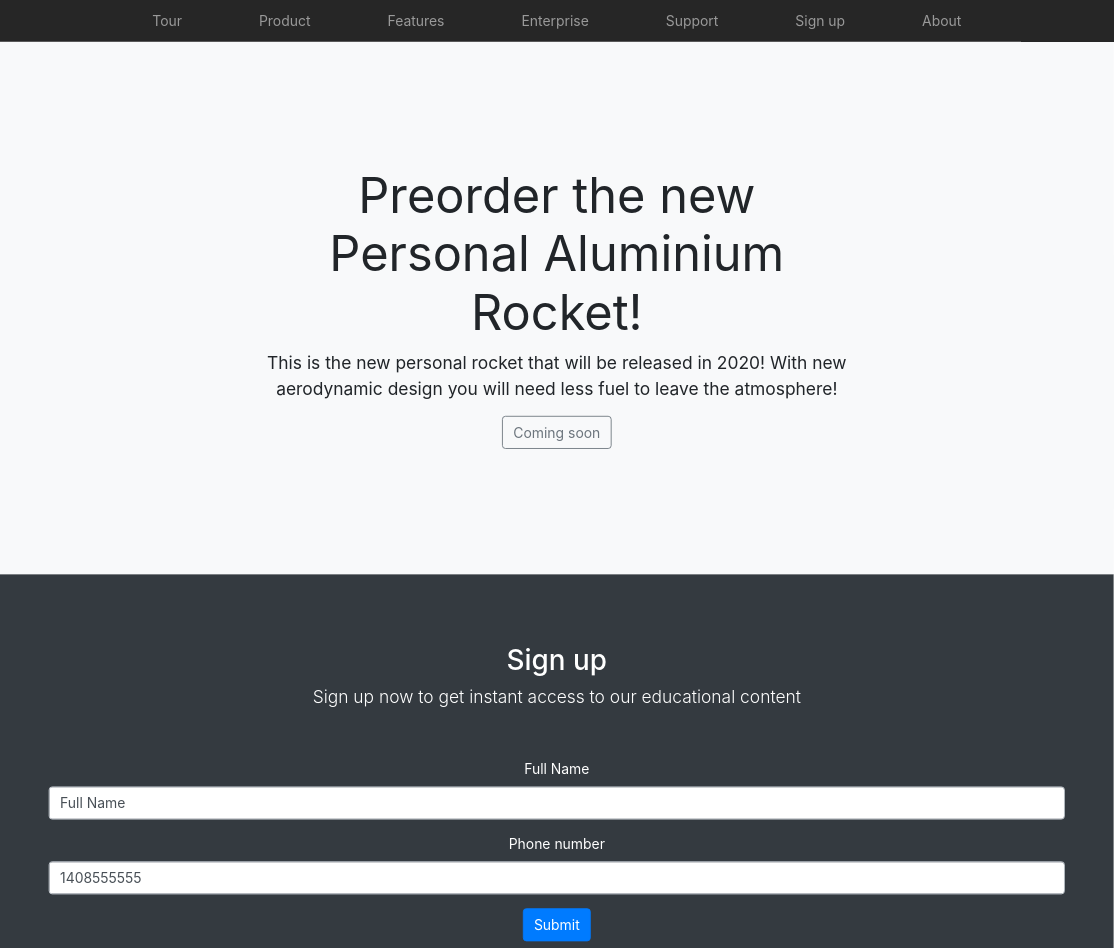
Repository: eashc001/EvanAshcraft-Resume
Page: LearnCS8-Twilio/index.html
The author's editor kept a record of every edit. The page is drawn from the files as they stood at one moment, then again after the next edit.
The browser window is 1280 px wide. The pictures show the whole page, at 87% of full size.

Above is the page before.

### LearnCS8-Twilio/index.html
<!doctype html>
<html lang="en">
  <head>
  <!-- Required meta tags -->
  <meta charset="utf-8">
  <meta name="viewport" content="width=device-width, initial-scale=1, shrink-to-fit=no">
  <meta name="description" content="Aluminium personal rocketship for intergalactic travel">
  <meta name="author" content="862021451">

  <!-- Bootstrap CSS -->
  <link rel="stylesheet" href="https://stackpath.bootstrapcdn.com/bootstrap/4.5.2/css/bootstrap.min.css" integrity="sha384-JcKb8q3iqJ61gNV9KGb8thSsNjpSL0n8PARn9HuZOnIxN0hoP+VmmDGMN5t9UJ0Z" crossorigin="anonymous">

  <!-- Title of your Website -->
  <title>Personal Rocket</title>
  <link href="product.css" rel="stylesheet">
  </head>
  <body>
    <nav class="site-header sticky-top py-1">
    <!-- Top Menu Bar -->
    <div class="container d-flex flex-column flex-md-row justify-content-between">
        <a class="py-2 d-none d-md-inline-block" id="menu-item-1" href="https://www.target.com/">Tour</a>
        <a class="py-2 d-none d-md-inline-block" id="menu-item-2" href="https://www.walmart.com/">Product</a>
        <a class="py-2 d-none d-md-inline-block" id="menu-item-3" href="https://google.com">Features</a>
        <a class="py-2 d-none d-md-inline-block" id="menu-item-4" href="https://www.youtube.com/watch?v=4fgrbWfUrO4&list=RD4fgrbWfUrO4&start_radio=1">Enterprise</a>
        <a class="py-2 d-none d-md-inline-block" id="menu-item-5" href="https://www.amazon.com/">Support</a>
        <a class="py-2 d-none d-md-inline-block" id="menu-item-6" href="https://www.etsy.com/">Sign up</a>
        <a class="py-2 d-none d-md-inline-block" id="menu-item-7" href="https://www.hellofresh.com/">About</a>
    </div>
</nav>
<!-- Main Header Section h1-->
  <div class="position-relative overflow-hidden p-3 p-md-5 m-md-0 text-center bg-light">
    <div class="col-md-8 p-lg-5 mx-auto my-5">
        <h1 class="display-4 font-weight-normal">Preorder the new Personal Aluminium Rocket!</h1>
        <p class="lead font-weight-normal">This is the new personal rocket that will be released in 2020! With new aerodynamic design you will need less fuel to leave the atmosphere!</p>
        <a class="btn btn-outline-secondary" href="https://www.rocketloans.com/">Coming soon</a>
    </div>
  </div>
  <!-- Left Tile -->
<div class="d-md-flex flex-md-equal w-100">
    <div class="bg-dark pt-3 px-3 pt-md-5 px-md-5 text-center text-white overflow-hidden">
        <div class="my-3 py-3">
            <h2 class="display-5">Sign up</h2>
            <p class="lead">Sign up now to get instant access to our educational content</p>
        </div>
        <!-- Web form when submitted will send a text message -->
        <form class="p-2" onsubmit="sendTextMessage(); return false;">
            <!-- Full Name Form Field -->
            <div class="form-group">
                <label for="example-first-name">Full Name</label>
                <input type="text" value="Full Name" class="form-control" id="example-first-name" aria-describedby="emailHelp">
            </div>
            <!-- Phone Number Form Field -->
            <div class="form-group">
                <label for="example-tel-input">Phone number</label>
                <input type="tel" class="form-control" value="1408555555" id="example-tel-input">
            </div>
            <!-- JavaScript that handles onSubmit logic -->
            <!-- Configure the XHR request below with your own credentials -->
            <script>
            function sendTextMessage() {
                console.log("Hello world!");
                var xhr = new XMLHttpRequest();
                var accountSID = "AC1d158559bfacca66368f632c6461b512";
                var authToken = "d876519a8079aefae3c5d8ed3f214f3b";
                var base64encoded = accountSID + ":" + authToken;
                var params = "To=" + document.getElementById('example-tel-input').value + "&From=" + "17479998171" + "&Body=" + "Hello " + document.getElementById('example-first-name').value + " Jello World."
                xhr.open("POST", "https://api.twilio.com/2010-04-01/Accounts/" + accountSID + "/Messages.json", true);
                xhr.setRequestHeader('Content-Type', 'application/x-www-form-urlencoded');
                xhr.setRequestHeader('Authorization', 'Basic ' + btoa(base64encoded));
                xhr.send(params);
            }
            </script>
            <!-- Submit button that will execute the sendTextMessage function -->
            <button type="submit" class="btn btn-primary">Submit</button>
        </form>
    </div>

  </body>
</html>

### LearnCS8-Twilio/product.css
.container {
  max-width: 960px;
}

/*
 * Custom translucent site header
 */

.site-header {
  background-color: rgba(0, 0, 0, .85);
  -webkit-backdrop-filter: saturate(180%) blur(20px);
  backdrop-filter: saturate(180%) blur(20px);
}
.site-header a {
  color: #999;
  transition: ease-in-out color .15s;
}
.site-header a:hover {
  color: #fff;
  text-decoration: none;
}

/*
 * Dummy devices (replace them with your own or something else entirely!)
 */

.product-device {
  position: absolute;
  right: 10%;
  bottom: -30%;
  width: 300px;
  height: 540px;
  background-color: #333;
  border-radius: 21px;
  -webkit-transform: rotate(30deg);
  transform: rotate(30deg);
}

.product-device::before {
  position: absolute;
  top: 10%;
  right: 10px;
  bottom: 10%;
  left: 10px;
  content: "";
  background-color: rgba(255, 255, 255, .1);
  border-radius: 5px;
}

.product-device-2 {
  top: -25%;
  right: auto;
  bottom: 0;
  left: 5%;
  background-color: #e5e5e5;
}


/*
 * Extra utilities
 */

.flex-equal > * {
  -ms-flex: 1;
  flex: 1;
}
@media (min-width: 768px) {
  .flex-md-equal > * {
    -ms-flex: 1;
    flex: 1;
  }
}

.overflow-hidden { overflow: hidden; }

After the next edit:
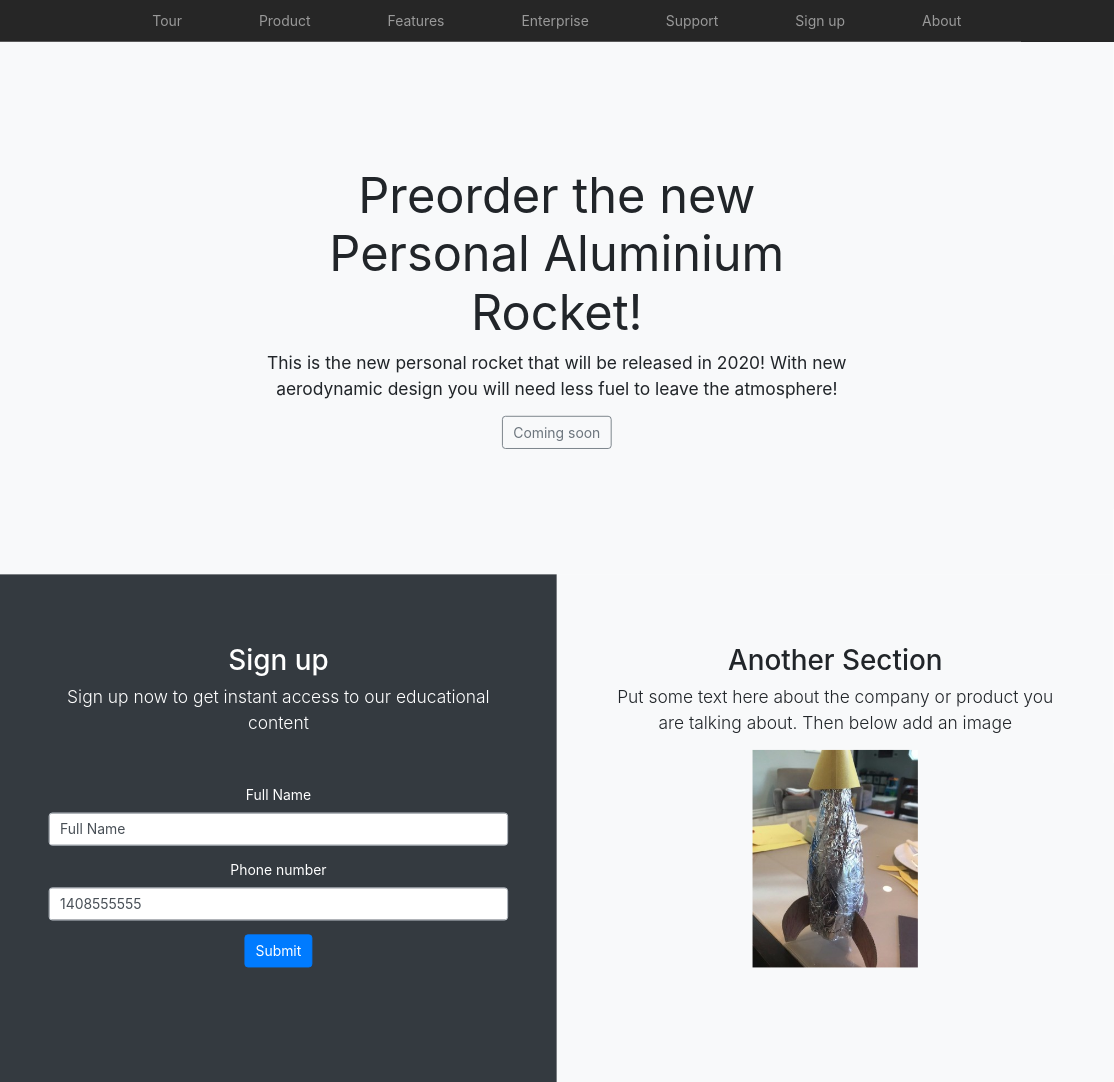
The edit:
--- a/LearnCS8-Twilio/index.html
+++ b/LearnCS8-Twilio/index.html
@@ -74,6 +74,16 @@
             <button type="submit" class="btn btn-primary">Submit</button>
         </form>
     </div>
+    <!-- Right Tile -->
+    <div class="bg-light pt-3 px-3 pt-md-5 px-md-5 text-center overflow-hidden">
+        <div class="my-3 p-3">
+            <h2 class="display-5">Another Section</h2>
+            <p class="lead">Put some text here about the company or product you are talking about. Then below add an image</p>
+            <img class="mx-auto" src="rocketship.jpeg" height="250px">
+        </div>
+        <div class="mx-auto" style="width: 80%; height: 100px; border-radius: 21px 21px 0 0;"></div>
+    </div>
+</div>
 
   </body>
 </html>
